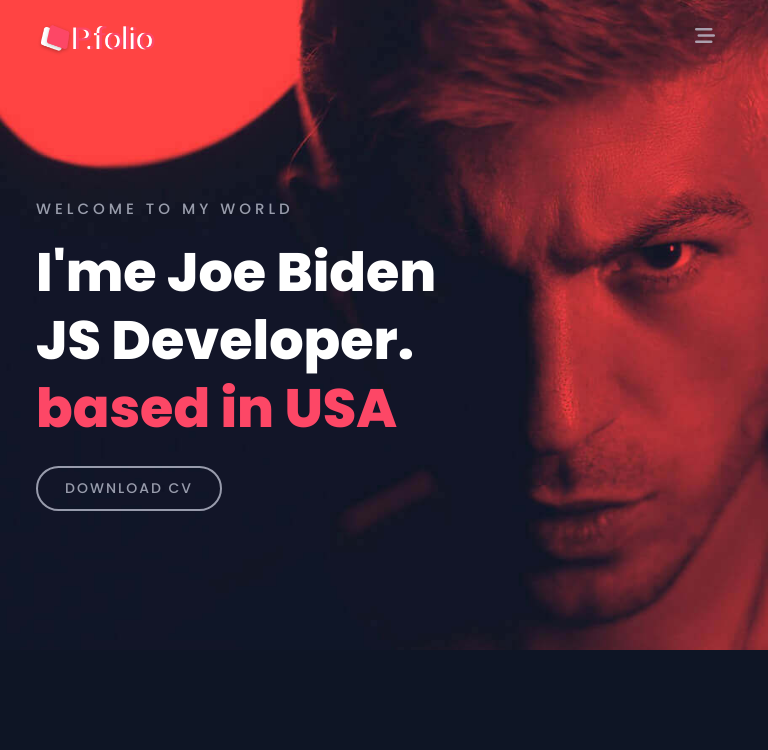
Repository: wadelfadill/Bootstrap_tache_3_responsive_portfolio
Page: index.html
The author's editor kept a copy of each file at every save. The page is drawn from the files as they stood at one save, then again after the next save.
The browser window is 768 px wide. The pictures show the whole page.
Some web libraries are served in a nearby version.

Above is the page before, as saved 2023-04-07 12:40:02.

### index.html
<!DOCTYPE html>
<html lang="en">
<head>
    <meta charset="UTF-8">
    <meta http-equiv="X-UA-Compatible" content="IE=edge">
    <meta name="viewport" content="width=device-width, initial-scale=1.0">
    <title>Bootstrap_Responsive_Portfolio</title>
    <!------ FAVICON ------->
    <link rel="icon" type="image/png" href="images/favicon.png">

    <!------------ Bootstrap link --------------->
    <link href="https://cdn.jsdelivr.net/npm/bootstrap@5.1.3/dist/css/bootstrap.min.css" rel="stylesheet" integrity="sha384-1BmE4kWBq78iYhFldvKuhfTAU6auU8tT94WrHftjDbrCEXSU1oBoqyl2QvZ6jIW3" crossorigin="anonymous">

    <!-------------- Font-awsome script  ------------->
    <script src="https://kit.fontawesome.com/8f130c8a35.js" crossorigin="anonymous"></script>

    <!------------ CSS link  ------------->
    <link rel="stylesheet" href="css/style.css">
    <link rel="stylesheet" href="css/responsive-style.css">

    <!------------- Google-Font link ---------------->
    <link rel="stylesheet" href="https://fonts.googleapis.com/css2?family=Poppins%3Awght%40100%3B200%3B300%3B400%3B500%3B600%3B700%3B800%3B900&display=swap">
</head>
<body data-bs-spy="scroll" data-bs-target=".navbar" data-bs-offset="75">
<!------------------------------------------------------>
    <!------------- Navbar Section ----------->
    <header class="header_wrapper">
        <nav class="navbar navbar-expand-lg fixed-top">
            <div class="container">
              <a class="navbar-brand" href="#">
                <img src="images/logo.png" alt="logo" class="img-fluid">
              </a>
              <button class="navbar-toggler" type="button" data-bs-toggle="collapse" data-bs-target="#navbarNav" aria-controls="navbarNav" aria-expanded="false" aria-label="Toggle navigation">
                <i class="fa-solid fa-bars-staggered navbar-toggler-icon"></i>
              </button>
              <div class="collapse navbar-collapse justify-content-end" id="navbarNav">
                <ul class="navbar-nav menu-navbar-nav">
                  <li class="nav-item">
                    <a class="nav-link active" aria-current="page" href="#home">Home</a>
                  </li>
                  <li class="nav-item">
                    <a class="nav-link" href="#about">About</a>
                  </li>
                  <li class="nav-item">
                    <a class="nav-link" href="#services">Services</a>
                  </li>
                  <li class="nav-item">
                    <a class="nav-link" href="#portfolio">Portfolio</a>
                  </li>
                  <li class="nav-item">
                    <a class="nav-link" href="#contact">Contact</a>
                  </li>
                  <li class="nav-item mt-3 mt-lg-0">
                    <a class="main-btn" href="#contact">Hire me</a>
                  </li>
                </ul>
              </div>
            </div>
          </nav>
    </header>
    <!----------- Navbar section end -------->
<!------------------------------------------------------>
    <!----------- Banner section ------------->
    <section id="home" class="banner_wrapper">
         <div class="container">
            <div class="row">
                <div class="col-sm-12 text-center text-md-start">
                    <h6>WELCOME TO MY WORLD</h6>
                    <h1>I'me Joe Biden <br> JS Developer. <span><br>based in USA</span></h1>
                    <div class="mt-4">
                        <a href="" class="main-btn">Download CV</a>
                    </div>
                </div>
            </div>
         </div>
    </section>
    <!----------- Banner section end --------->
<!------------------------------------------------------>
    <!----------- About section -------------->

    <!----------- About section end ---------->
<!------------------------------------------------------->
    <!----------- Services section ----------->

    <!----------- Services section end ------->
<!------------------------------------------------------->
    <!----------- Portfolio section ---------->

    <!----------- Portfolio section end ----->
<!------------------------------------------------------->
    <!----------- Contact section ----------->

    <!----------- Contact section end ------->
<!------------------------------------------------------->
    <!------------ Footer section ----------->

    <!------------ Footer section end ------->
<!------------------------------------------------------->
    <!---------------- bootstrap script -------------->
    <script src="https://cdn.jsdelivr.net/npm/bootstrap@5.1.3/dist/js/bootstrap.bundle.min.js" integrity="sha384-ka7Sk0Gln4gmtz2MlQnikT1wXgYsOg+OMhuP+IlRH9sENBO0LRn5q+8nbTov4+1p" crossorigin="anonymous"></script>
</body>
</html>

### css/style.css
/* TABLE OF CONTENTS */
/* --------------------
1. General
2.Navbar
3.Banner
4.About
5.Services
6.Portfolio
7.contact
8.Footer
---------------------- */

/* 1. General */
@import url('https://fonts.googleapis.com/css2?family=Poppins%3Awght%40100%3B200%3B300%3B400%3B500%3B600%3B700%3B800%3B900&display=swap');

*{
    box-sizing: border-box;
    margin: 0;
    padding: 0;
}
:root{
    /* Background Color */
    --primary-color:#FD4766;
    --secondary-color:#0e1525;
    --bg-dark-blue:#091020;
    --bg-white:#fff;
    --gray-color:#c6c9d8bf;
    --gradient-color: linear-gradient(-224deg, var(--primary-color) 0, #337Dff 100%);
    --gradient-text: linear-gradient(120deg, #1C99FE 20.69%, #7644FF 50.19%, var(--primary-color) 79.69%);
    filter: progid:DXImageTransform.Microsoft.gradient(startColorstr='var(--primary-color)', endColorstr='var(--secondary-color)', GradientType=1);

    /* Text Color */
    --primary-font: 'Poppins', 'sans-serif';
    --primary-text: #FD4766;
    --text-gray: #c6c9d8bf;
    --text-white:#fff;

}

body{
    font-family: var(--primary-font);
    background-color: var(--secondary-color);
}
a{
    text-decoration: none;
}

/* 1 custom css */
::-webkit-scrollbar{
    width: 6px;
}
::-webkit-scrollbar-track{
    background: var(--bg-dark-blue);
}
::-webkit-scrollbar-thumb{
    background: var(--primary-color);
}
input[type=number]::-webkit-inner-spin-button,
input[type=number]::-webkit-outer-spin-button{
    -webkit-appearance: none;
    margin: 0;
}

section{
    padding: 50px 0;
}
.main-btn{
    display: inline-block;
    border-radius: 50px;
    transition: all .4s ease-in-out;
    padding: 10px 27px;
    background-color: transparent;
    border: 2px solid var(--gray-color);
    color: var(--text-gray);
    font-weight: 500;
    font-size: 14px;
    text-transform: uppercase;
    letter-spacing: 2px;
    text-decoration: none;
}
.main-btn:hover{
    background-color: var(--primary-color);
    border-color: var(--primary-color);
    color: var(--text-white);

}
h1{
    font-size: 54px;
    line-height: 68px;
    font-weight: 800;
    color: var(--text-white);
    margin-bottom: 20px;
}
h1 span{
    color: var(--primary-color);
}
h2{
    font-size: 50px;
    line-height: 1.3;
    font-weight: 600;
    color: var(--text-white);
    margin-bottom: 15px;
}
h3{
    font-size: 20px;
    font-weight: 800;
    color: var(--text-white);
    margin-bottom: 19px;
}
h6{
    font-size: 15px;
    text-transform: uppercase;
    letter-spacing: 4px;
    display: block;
    color: var(--text-gray);
    margin-bottom: 20px;
}

p{
    color: var(--text-gray);
    font-size: 16px;
    line-height: 28px;
    letter-spacing: 1px;
    font-weight: 400;
}

.subtitle{
    display: inline-block;
    font-weight: 600;
    letter-spacing: 0.5px;
    line-height: 18px;
    font-size: 16px;
    margin-bottom: 12px;
    background-color: var(--gradient-color);
    background-clip: text;
    -webkit-text-fill-color: transparent;
}
input:hover,
input:focus,
textarea:hover,
textarea:focus,
button{
    outline: none !important;
    box-shadow: none !important;
}

/* 2. Navbar */
.header_wrapper .navbar{
    padding: 15px 0;
    -webkit-transition: all .2s linear;
    -o-transition: all .2s linear;
    transition: all .2s linear;

}
.header_wrapper .navbar-brand img{
    max-width: 120px;
    height: auto;
}
.header_wrapper .navbar-toggler{
    border: 0;
    color: var(--gray-color);
    line-height: 2;
}
.header_wrapper .navbar-toggler:focus{
    box-shadow: none;
}
.header_wrapper .nav-item{
    margin: 0 10px;
}
.header_wrapper .nav-item .nav-link{
    position: relative;
    font-size: 16px;
    font-weight: 500;
    color: var(--text-gray);
    display: inline-block;
}
.header_wrapper .nav-item .nav-link::after{
    position: absolute;
    content: '';
    left: 0;
    width: 0;
    height: 2px;
    background: var(--primary-color);
    transition: 0.3s;
    bottom: 0;
}
.header_wrapper .nav-item .nav-link.active::after,
.header_wrapper .nav-item .nav-link:hover::after{
    width: 100%;

}
.header_wrapper .nav-item .nav-link.active,
.header_wrapper .nav-item .nav-link:hover{
     color: var(--text-white);
}
.header-scrolled{
    position: fixed;
    top: 0;
    left: 0;
    width: 100%;
    background-color: var(--bg-dark-blue);
    -webkit-box-shadow: 0 4px 6px 0 rgba(12, 0, 46, .05);
    box-shadow: 0 4px 6px 0 rgba(12, 0, 46, .05);
}
.header-scrolled .nav-item .nav-link.active,
.header-scrolled .nav-item .nav-link:hover{
     color: var(--primary-text);
}
/* 3. Banner */
.banner_wrapper{
    width: 100%;
    height: auto;
    min-height: 650px;
    background-image: url('../images/bg-image.jpg');
    background-repeat: no-repeat;
    background-position: center center;
    background-size: cover;
    background-attachment: fixed;
    padding: 200px 0 100px 0;
}

### css/responsive-style.css
@media (max-width:991px){

    /* Custom css */
    section{
        padding: 30px 0;
    }
    h2{
        font-size: 30px;
        line-height: 40px;
    }
    h3{
        font-size: 20px;
    }
    /* 2. Navbar */
    .header-scrolled{
        height: auto;
    }
    .header_wrapper .menu-navbar-nav{
        text-align: center;
        background-color: var(--bg-dark-blue);
        padding-bottom: 15px;
    }
    .header_wrapper .nav-item .nav-link{
        margin-top: 15px;
    }
}



@media (max-width:767px){
    /* Custom css */
    section{
        padding: 30px 0;
    }
    h1{
        font-size: 40px;
        line-height: 48px;
    }
    h2{
        font-size: 25px;

    }
    p{
        font-size: 13px;
        line-height: 24px;
    }
}

After the next save:
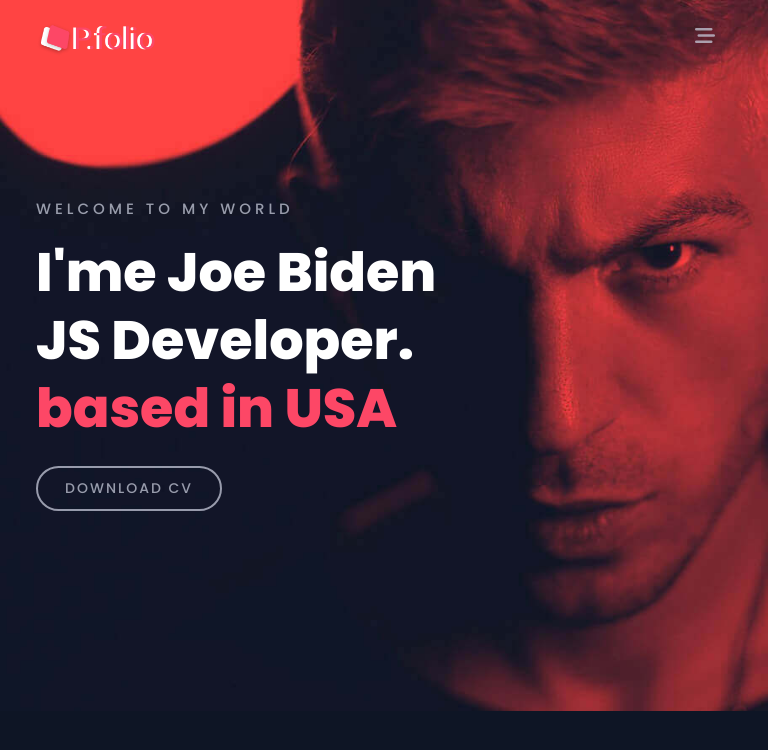
Saved 117 s later.
--- a/css/responsive-style.css
+++ b/css/responsive-style.css
@@ -23,6 +23,10 @@
     .header_wrapper .nav-item .nav-link{
         margin-top: 15px;
     }
+    /* banner wrapper */
+    .banner_wrapper{
+        padding: 200px 0;
+    }
 }
 
 
